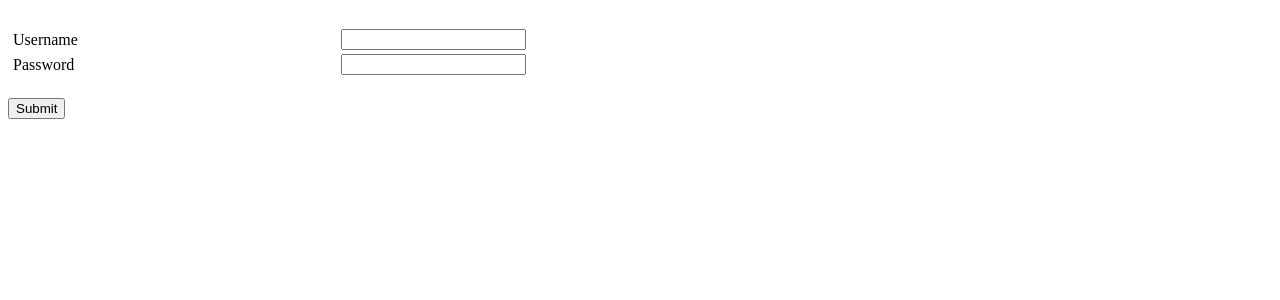
Repository: viraj2623/My_projects
Page: loginandregpr/src/main/webapp/login.html
These files come from the project's save history. The page is drawn as it stood at one moment and after the next save; the edit follows.
The browser window is 1280 px wide. The pictures show the whole page.

Above is the page before, as saved 2025-03-04 08:28:24.

After the next save:
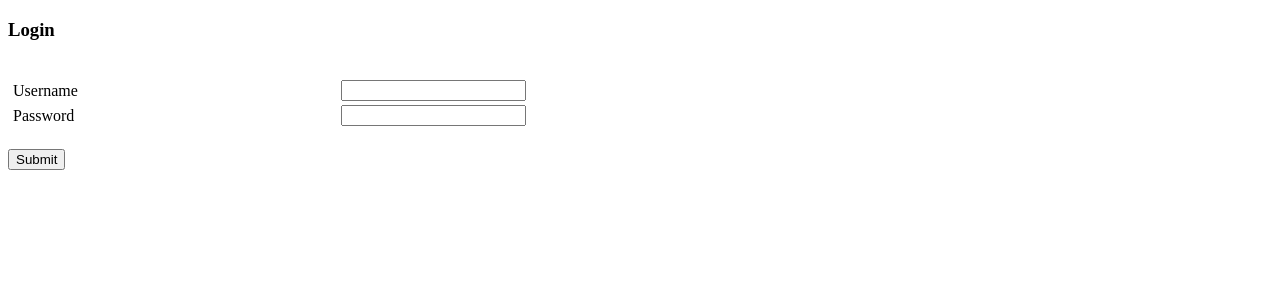
Saved 10 s later.
--- a/loginandregpr/src/main/webapp/login.html
+++ b/loginandregpr/src/main/webapp/login.html
@@ -5,7 +5,7 @@
 <title>Insert title here</title>
 </head>
 <body>
-
+<h3>Login</h3>
 <form action="Regandloginsrv" method="service">
   <div class="container mt-4">
   <input type="hidden" name="movement" value="login">
